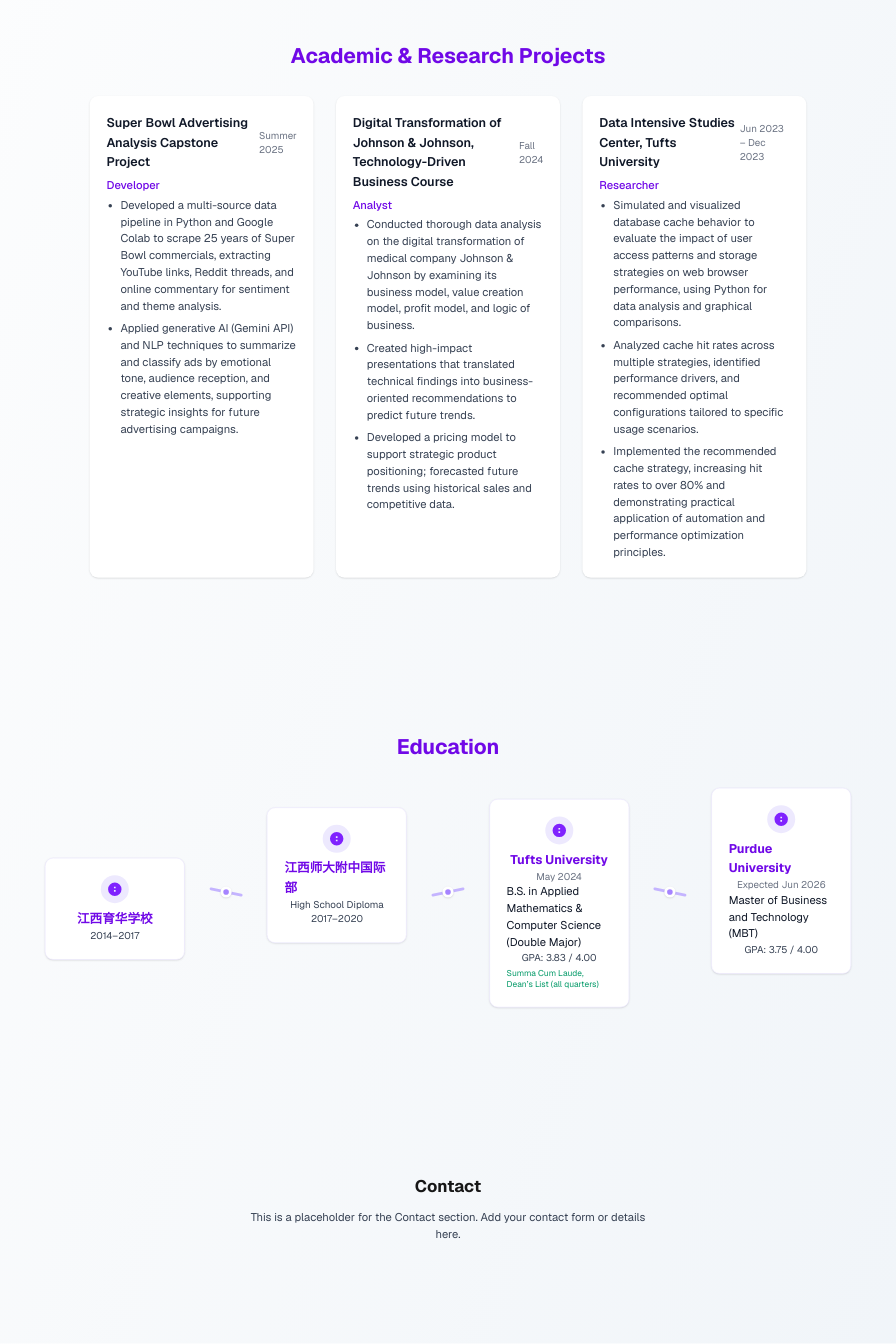
Repository: winniewyl/personal-portfolio
Page: /
These files come from the project's save history. The page is drawn as it stood at one moment and after the next save; the edit follows.
The browser window is 1280 px wide. The pictures show the part of the page from y = 1875 to 3795 px (the page is 3795 px tall), at 70% of full size.
The project was rebuilt for these pictures with package versions that can differ from the ones it lists, and the page was loaded fresh each time. The framework's server and built-in components were replaced by stand-ins that run in the browser. Also part of the build but not shown: next.config.ts.

Above is the page before, as saved 2025-07-22 12:04:15.

After the next save:
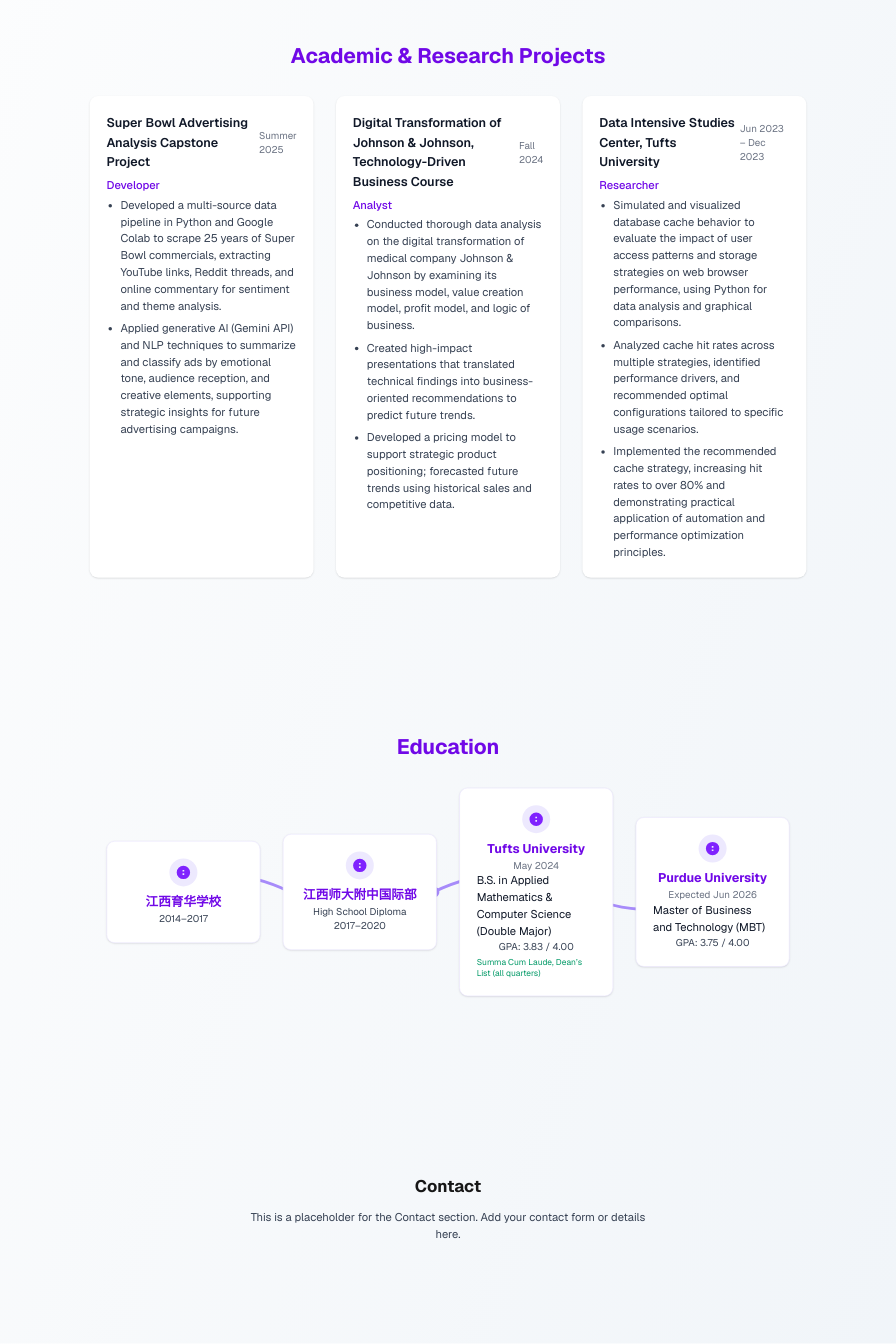
Saved 2 min 8 s later.
--- a/src/app/page.tsx
+++ b/src/app/page.tsx
@@ -194,10 +194,31 @@ export default function Home() {
           <h2 className="text-3xl font-bold mb-10 text-violet-700 dark:text-violet-400">
             Education
           </h2>
-          <div className="w-full flex flex-col md:flex-row items-center justify-center relative">
-            {/* Middle School */}
-            <div className="flex flex-col items-center md:w-1/4 px-2 md:px-4 z-10 md:translate-y-6">
-              <div className="flex flex-col items-center bg-white dark:bg-[#232336] rounded-xl shadow p-6 min-w-[200px] max-w-xs border border-violet-100 dark:border-violet-700">
+          <div className="relative w-full flex flex-col md:flex-row items-center justify-center">
+            {/* Timeline SVG Connector */}
+            <svg
+              className="hidden md:block absolute left-0 right-0 top-1/2 -translate-y-1/2 z-0"
+              height="120"
+              width="100%"
+              viewBox="0 0 1000 120"
+              fill="none"
+              preserveAspectRatio="none"
+            >
+              <path
+                d="M 80 60 Q 180 10, 280 60 T 480 60 T 680 60 T 880 60"
+                stroke="#a78bfa"
+                strokeWidth="4"
+                fill="none"
+              />
+              <circle cx="80" cy="60" r="8" fill="#a78bfa" />
+              <circle cx="280" cy="60" r="8" fill="#a78bfa" />
+              <circle cx="480" cy="60" r="8" fill="#a78bfa" />
+              <circle cx="680" cy="60" r="8" fill="#a78bfa" />
+            </svg>
+            {/* Education Cards */}
+            <div className="flex flex-col md:flex-row items-center justify-center w-full gap-8 z-10">
+              {/* Middle School */}
+              <div className="flex flex-col items-center flex-1 min-w-[220px] max-w-[220px] bg-white dark:bg-[#232336] rounded-xl shadow p-6 border border-violet-100 dark:border-violet-700">
                 <span className="flex items-center justify-center w-10 h-10 bg-violet-100 rounded-full mb-2">
                   <svg
                     className="w-6 h-6 text-violet-600"
@@ -214,15 +235,8 @@ export default function Home() {
                   2014–2017
                 </span>
               </div>
-            </div>
-            {/* Connector */}
-            <div className="hidden md:block w-1/12 flex-shrink-0 relative h-32">
-              <div className="absolute left-1/2 top-1/2 w-12 h-1 bg-violet-300 dark:bg-violet-700 transform -translate-x-1/2 -translate-y-1/2 rotate-12 rounded-full"></div>
-              <div className="absolute left-1/2 top-1/2 w-4 h-4 bg-violet-400 dark:bg-violet-600 rounded-full border-4 border-white dark:border-[#18181c] shadow -translate-x-1/2 -translate-y-1/2"></div>
-            </div>
-            {/* High School */}
-            <div className="flex flex-col items-center md:w-1/4 px-2 md:px-4 z-10 md:-translate-y-6">
-              <div className="flex flex-col items-center bg-white dark:bg-[#232336] rounded-xl shadow p-6 min-w-[200px] max-w-xs border border-violet-100 dark:border-violet-700">
+              {/* High School */}
+              <div className="flex flex-col items-center flex-1 min-w-[220px] max-w-[220px] bg-white dark:bg-[#232336] rounded-xl shadow p-6 border border-violet-100 dark:border-violet-700">
                 <span className="flex items-center justify-center w-10 h-10 bg-violet-100 rounded-full mb-2">
                   <svg
                     className="w-6 h-6 text-violet-600"
@@ -242,15 +256,8 @@ export default function Home() {
                   2017–2020
                 </span>
               </div>
-            </div>
-            {/* Connector */}
-            <div className="hidden md:block w-1/12 flex-shrink-0 relative h-32">
-              <div className="absolute left-1/2 top-1/2 w-12 h-1 bg-violet-300 dark:bg-violet-700 transform -translate-x-1/2 -translate-y-1/2 -rotate-12 rounded-full"></div>
-              <div className="absolute left-1/2 top-1/2 w-4 h-4 bg-violet-400 dark:bg-violet-600 rounded-full border-4 border-white dark:border-[#18181c] shadow -translate-x-1/2 -translate-y-1/2"></div>
-            </div>
-            {/* Tufts University */}
-            <div className="flex flex-col items-center md:w-1/4 px-2 md:px-4 z-10 md:translate-y-4">
-              <div className="flex flex-col items-center bg-white dark:bg-[#232336] rounded-xl shadow p-6 min-w-[200px] max-w-xs border border-violet-100 dark:border-violet-700">
+              {/* Tufts University */}
+              <div className="flex flex-col items-center flex-1 min-w-[220px] max-w-[220px] bg-white dark:bg-[#232336] rounded-xl shadow p-6 border border-violet-100 dark:border-violet-700">
                 <span className="flex items-center justify-center w-10 h-10 bg-violet-100 rounded-full mb-2">
                   <svg
                     className="w-6 h-6 text-violet-600"
@@ -276,15 +283,8 @@ export default function Home() {
                   Summa Cum Laude, Dean’s List (all quarters)
                 </span>
               </div>
-            </div>
-            {/* Connector */}
-            <div className="hidden md:block w-1/12 flex-shrink-0 relative h-32">
-              <div className="absolute left-1/2 top-1/2 w-12 h-1 bg-violet-300 dark:bg-violet-700 transform -translate-x-1/2 -translate-y-1/2 rotate-12 rounded-full"></div>
-              <div className="absolute left-1/2 top-1/2 w-4 h-4 bg-violet-400 dark:bg-violet-600 rounded-full border-4 border-white dark:border-[#18181c] shadow -translate-x-1/2 -translate-y-1/2"></div>
-            </div>
-            {/* Purdue University */}
-            <div className="flex flex-col items-center md:w-1/4 px-2 md:px-4 z-10 md:-translate-y-4">
-              <div className="flex flex-col items-center bg-white dark:bg-[#232336] rounded-xl shadow p-6 min-w-[200px] max-w-xs border border-violet-100 dark:border-violet-700">
+              {/* Purdue University */}
+              <div className="flex flex-col items-center flex-1 min-w-[220px] max-w-[220px] bg-white dark:bg-[#232336] rounded-xl shadow p-6 border border-violet-100 dark:border-violet-700">
                 <span className="flex items-center justify-center w-10 h-10 bg-violet-100 rounded-full mb-2">
                   <svg
                     className="w-6 h-6 text-violet-600"
